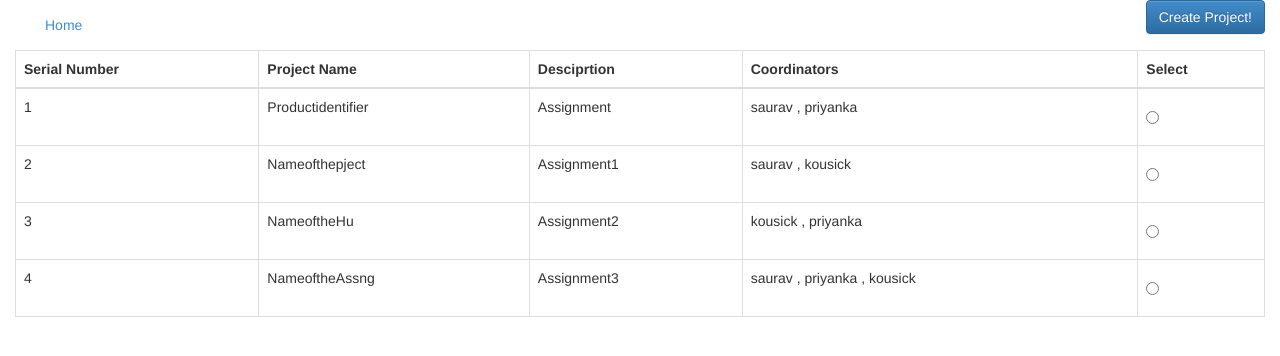
Repository: srvsngh200892/DO-IT-Seed
Page: DOIT/WebContent/app/index.html
An editor plug-in stored every save of this project. The page is shown before and after the next save, followed by the edit.
The browser window is 1280 px wide. The pictures show the whole page.

Above is the page before, as saved 2014-06-30 04:59:29.

### DOIT/WebContent/app/index.html
<!DOCTYPE html>
<!--[if lt IE 7]>      <html lang="en" ng-app="myApp" class="no-js lt-ie9 lt-ie8 lt-ie7"> <![endif]-->
<!--[if IE 7]>         <html lang="en" ng-app="myApp" class="no-js lt-ie9 lt-ie8"> <![endif]-->
<!--[if IE 8]>         <html lang="en" ng-app="myApp" class="no-js lt-ie9"> <![endif]-->
<!--[if gt IE 8]><!--> <html lang="en" ng-app="myApp" class="no-js"> <!--<![endif]-->
<head>
  <meta charset="utf-8">
  <meta http-equiv="X-UA-Compatible" content="IE=edge">
  <title>My AngularJS App</title>
  <meta name="description" content="">
  <meta name="viewport" content="width=device-width, initial-scale=1">
  <link rel="stylesheet" href="bower_components/html5-boilerplate/css/normalize.css">
  <link rel="stylesheet" href="bower_components/html5-boilerplate/css/main.css">
  <link rel="stylesheet" href="bower_components/bootstrap/dist/css/bootstrap.min.css">
  <link rel="stylesheet" href="bower_components/bootstrap/dist/css/bootstrap-theme.min.css">
  <link rel="stylesheet" href="css/app.css"/>
  <link rel="stylesheet" href="css/custom.css"/>
  <script src="bower_components/html5-boilerplate/js/vendor/modernizr-2.6.2.min.js"></script>
</head>
<body ng-app="myApp" class="gray-bg">

  <!--[if lt IE 7]>
      <p class="browsehappy">You are using an <strong>outdated</strong> browser. Please <a href="http://browsehappy.com/">upgrade your browser</a> to improve your experience.</p>
  <![endif]-->

  <!-- <div>Angular seed app: v<span app-version></span></div> -->
  <div ng-view></div>

  <!-- In production use:
  <script src="//ajax.googleapis.com/ajax/libs/angularjs/x.x.x/angular.min.js"></script>
  -->
  <script src="bower_components/angular/angular.js"></script>
  <script src="bower_components/angular-bootstrap/ui-bootstrap.min.js"></script>
  <script src="bower_components/angular-bootstrap/ui-bootstrap-tpls.min.js"></script>
  <script src="bower_components/angular-route/angular-route.js"></script>
  <script src="js/app.js"></script>
  <script src="js/services.js"></script>
  <script src="js/controllers.js"></script>
  <script src="js/filters.js"></script>
  <script src="js/directives.js"></script>

</body>
</html>

### DOIT/WebContent/app/css/custom.css
.borders{border:1px solid black;}
.shift{margin-left:30%;}
h3.liketext { color:#F00; display:inline;


 }
 .gap{margin-top:15px;}

### DOIT/WebContent/app/js/app.js
'use strict';


// Declare app level module which depends on filters, and services
angular.module('myApp', [
  'ngRoute',
  'myApp.filters',
  'myApp.services',
  'myApp.directives',
  'ui.bootstrap',
  'myApp.controllers'
]).
config(['$routeProvider', '$locationProvider', function($routeProvider, $locationProvider) {
  //$locationProvider.html5Mode(true);
  $routeProvider.when('/view1', {
      templateUrl: 'partials/view1.html',
      controller: 'ProjectDetails'
    }).
    when('/view1/:id', {
      templateUrl: 'partials/view2.html',
      controller: 'ProjectList'
    }).
    otherwise({
      redirectTo: '/view1'
    });
}]);

angular.module('myApp').constant('appSettings', {
  AppURI: 'http://127.0.0.1:9080/'
});

### DOIT/WebContent/app/js/services.js
'use strict';

/* Services */


// Demonstrate how to register services
// In this case it is a simple value service.
var module = angular.module('myApp.services', []);

module.service('ProjectsService', function() {
	var projectlist = [ {
        "id": 1,
        "description": "Productidentifier",
        "name": "Assignment",
        "coordinators":['saurav','priyanka']
    },
    {
        "description": "Nameofthepject",
        "id": 2,
        "name": "Assignment1",
       "coordinators":['saurav','kousick']
    },
    {
        "description": "NameoftheHu",
        "id": 3,
        "name": "Assignment2",
     	"coordinators":["kousick","priyanka"]
    },
    {
        "description": "NameoftheAssng",
        "id": 4,
        "name": "Assignment3",
     	"coordinators":['saurav','priyanka','kousick',]
    }];

	// simply returns the contacts list
	this.list = function() {
		return projectlist;
	};
	this.save = function(projectlist) {
//		if (project.id == null) {
			// if this is new project, add it in projects array
		projectlist.id = ++projectlist.length;
			projects.push(projectlist);
//		} else {
//			// for existing project, find this project using id
//			// and update it.
//			for (i in projects) {
//				if (projects[i].id == project.id) {
//					projects[i] = project;
//				}
//			}
//		}
	};
});

### DOIT/WebContent/app/js/controllers.js
'use strict';

/* Controllers */

angular.module('myApp.controllers', [])
  .controller('ProjectDetails', ['$scope','$modal', '$log', function($scope,$modal, $log) {
     $scope.projectlist = [ {
         "id": 1,
         "description": "Productidentifier",
         "name": "Assignment",
         "coordinators":['saurav','priyanka']
     },
     {
         "description": "Nameofthepject",
         "id": 2,
         "name": "Assignment1",
        "coordinators":['saurav','kousick']
     },
     {
         "description": "NameoftheHu",
         "id": 3,
         "name": "Assignment2",
      	"coordinators":["kousick","priyanka"]
     },
     {
         "description": "NameoftheAssng",
         "id": 4,
         "name": "Assignment3",
      	"coordinators":['saurav','priyanka','kousick',]
     }];



                    $scope.open = function (size) {

                      var modalInstance = $modal.open({
                        templateUrl: 'myModalContent.html',
                        controller: ModalInstanceCtrl,
                        size: size,
                        resolve: {
                        	projectlist: function () {
                            return $scope.projectlist;
                          }
                        }
                      });

                      modalInstance.result.then(function (selectedItem) {
                        $scope.selected = selectedItem;
                      }, function () {
                        $log.info('Modal dismissed at: ' + new Date());
                      });
                    };


                  // Please note that $modalInstance represents a modal window (instance) dependency.
                  // It is not the same as the $modal service used above.

                  var ModalInstanceCtrl = function ($scope, $modalInstance, projectlist) {
                    $scope.projectlist = projectlist;
                    $scope.newproject = {}
                    $scope.ok = function () {

                    	var ids =projectlist.length + 1;
                    	$scope.projectlist.push({name:$scope.newproject.name,coordinators:[$scope.newproject.coordinators],description:$scope.newproject.description,id:ids});

                      console.log($scope.newproject.name, "$scope.newproject.name");

                      console.log($scope);
                      $modalInstance.close($scope.newproject.name);
                    };

                    $scope.cancel = function () {
                      $modalInstance.dismiss('cancel');
                    };};






  }])
  .controller('ProjectList', ['$scope', '$routeParams','$modal', '$log',
                              function($scope, $routeParams,$modal, $log)  {
    $scope.message = "Hello This message is from View 2";
    $scope.closedate = function ()
    {
        $scope.date = new Date();
    };



    $scope.projectlist1 = [
                          {
                              "id": 1,
                              "status_task":[
                               {"description": "Productidentifier",
                            	  "status":"/img/complete.png",
                            	  "priority": "Showstopper",
                            	  "assign_to":"saurav",
                            	  "des":"sdsadcadsdsadsa","due_date":"20/5/2014",
                                  "created_date":"20/5/2014"},
                                  {"description": "Productidentifier",
                                	  "status":"/img/pending.jpg",
                                	  "priority": "High",
                                	  "des":"vdjajdsajhsjssajcvshacvcbsajbcascbdsa",
                                	  "due_date":"20/5/2014",
                                      "created_date":"20/5/2014","assign_to":"saurav"}],

                              "coordinators":[{"name":"priyanka","role":"Developer","img_url":"/img/priyanka.jpg"},
                                              {"name":"saurav","role":"Developer","img_url":"/img/boy.jpg"}],


                          },
                          {

                              "id": 2,
                              "status_task":[
                                  {"description": "Nameoftheprject",
                            	  "status":"/img/pending.jpg",
                            	  "due_date":"20/5/2014",
                                  "created_date":"20/5/2014",
                                  "priority": "Showstopper",
                                  "des":"sdsadsadcnskcnsakcnsakcsaakc",
                                  "assign_to":"saurav"},


                                  {"status":"/img/complete.png",
                                	  "priority": "Medium",
                                	  "des":"streteFBskncsakacnSJXSXdsadsa",
                                	  "due_date":"20/5/2014",
                                      "created_date":"20/5/2014",
                                      "description": "Nameofthepject","assign_to":"kosick"}],
                                       "coordinators":[{"name":"kousick","role":"Developer","img_url":"/img/boy.jpg"},
                                                      {"name":"saurav","role":"Developer","img_url":"/img/boy.jpg"}] ,


                          },
                          {

                              "id": 3,
                              "status_task":[{"description": "NameoftheHU",
                            	  "status":"/img/complete.png",
                            	  "priority": "Medium",
                            	  "assign_to":"priyanka",
                            	  "des":"sdsadsadckncksncskansaakcnsaaksdsadsa",
                            	  "due_date":"20/5/2014",
                                  "created_date":"20/5/2014"},
                                  {"description": "NameoftheHU",
                                	  "status":"/img/pending.jpg",
                                	  "des":"vcsjbxsajbxjsabxjsxbxsjxsjxbsjbxsdsadsa",
                                	  "due_date":"20/5/2014",
                                      "created_date":"20/5/2014",
                                      "assign_to":"kosick",
                                      "priority": "High"}],
                           	"coordinators":[{"name":"kousick","role":"Developer","img_url":"/img/boy.jpg"},{"name":"priyanka","role":"Developer","img_url":"/img/priyanka.jpg"}],

                          },
                          {

                              "id": 4,
                              "status_task":[
                                   {"description": "NameoftheAssng",
                            	  "status":"/img/pending.jpg",
                            	  "priority": "Showstopper",
                            	  "des":"sdsadncskcnskcsakcnascksacnsaksadsdsadsa",
                            	  "due_date":"20/5/2014",
                                  "created_date":"20/5/2014",
                                  "assign_to":"priyanka"},
                                  {"description": "NameofAssn",
                                	  "status":"/img/pending.jpg",
                                	  "des":"sajcbsajcbsajcbsajsajcbsaajcbsawesadsa",
                                	  "due_date":"20/5/2014",
                                      "created_date":"20/5/2014",
                                      "assign_to":"kosick",
                                      "priority": "Medium"}],
                           	"coordinators":[{"name":"kousick","role":"Developer","img_url":"/img/boy.jpg"},{"name":"priyanka","role":"Developer","img_url":"/img/priyanka.jpg"},{"name":"saurav","role":"Developer","img_url":"/img/boy.jpg"}],
                           	"due_date":"20/5/2014",


                          }
                      ];


    $scope.open = function (size) {

        var modalInstance = $modal.open({
          templateUrl: 'myModalContent.html',
          controller: ModalInstanceCtrl,
          size: size,
          resolve: {
          	projectlist1: function () {
              return $scope.projectlist1;
            }
          }
        });

        modalInstance.result.then(function ( projectlist1) {

          $scope.projectlist1 = projectlist1;
        }, function () {

        	$scope.projectlist1.push({name:$scope.newproject.name,role:$scope.newproject.role});

          console.log($scope.newproject.name, "$scope.newproject1.name");

          console.log($scope);
          $modalInstance.close($scope.newproject.name);

          $log.info('Modal dismissed at: ' + new Date());
        });
      };


    // Please note that $modalInstance represents a modal window (instance) dependency.
    // It is not the same as the $modal service used above.

    var ModalInstanceCtrl = function ($scope, $modalInstance, projectlist1) {
      $scope.projectlist1 = projectlist1;
      $scope.newproject = {}
      $scope.ok = function () {


        console.log($scope.newproject.name, "$scope.newproject.name");

        console.log($scope);
        $modalInstance.close($scope.newproject.name);
      };

      $scope.cancel = function () {
        $modalInstance.dismiss('cancel');
      };};




    for(var i = 0; i <  $scope.projectlist1.length; i++) {
        if($routeParams.id ==  $scope.projectlist1[i].id)
        	{
        $scope.projectdetails= $scope.projectlist1[i];


        	}
    }

    }]);

### DOIT/WebContent/app/partials/view1.html

<div class="container-fluid">
<div class="collapse navbar-collapse" id="navbar">
        <ul class="nav navbar-nav">
          <li class="active"><a href="#">Home</a></li>
        </ul>
        <ul class="nav navbar-nav navbar-right">
          <li><button class="btn btn-primary" ng-click="open()">Create Project!</button></li>


        </ul>
      </div>
  <!--  <form ng-submit="addMovie();">
 <input type="text" ng-model="name" size="30" placeholder="Which movie you want to watch" /><br />
<input type="text" ng-model="id" size="30" placeholder="Which movie you want to watch" /><br />
<input type="text" ng-model="des" size="30" placeholder="Which movie you want to watch" /><br />
<input type="text" ng-model="co" size="30" placeholder="Which movie you want to watch" /><br />

</form>-->
	<div class="row">




    <div ng-controller="ProjectDetails">
    <script type="text/ng-template" id="myModalContent.html">
        <div class="modal-header">
            <h3 class="modal-title">Create New Project!</h3>
        </div>
        <div class="modal-body">
        <label class="col-md-12"> Project Name*</label>
			<div class="col-md-9" id="name">
				<input type="text" class="form-control" id="name"
					placeholder=" Project Name" required="required" ng-model="newproject.name" />
			</div>

			<label class="col-md-12 ">Description</label>
			<div class="col-md-9">
				<input type="text" class="form-control" id="desc"
					placeholder="Enter Description" multiple="multiple" ng-model="newproject.description" />
			</div>

			<label class="col-md-12">add collaborators*</label>
			<div class="col-md-9">
				<input type="text" class="form-control" name="contact"
					placeholder=" collaborators" ng-model="newproject.coordinators"/>
			</div>
 <button class="btn btn-primary" ng-click="ok()">OK</button>
            <button class="btn btn-warning" ng-click="cancel()">Cancel</button>
        </div>
        <div class="modal-footer">

        </div>
</div>
    </script>



</div>

				</div>
			</div>
			<div>


		<div class="col-md-12">

			<table class="table table-bordered table-hover">
				<thead>
					<tr>
						<th>Serial Number</th>
						<th>Project Name</th>
						<th>Desciprtion</th>
						<th>Coordinators</th>
						<th>Select</th>
					</tr>
				</thead>
				<tbody>
					<tr ng-repeat="project in projectlist">
						<td>{{project.id}}</td>
						<td>{{project.description}}</td>
						<td>{{project.name}}</td>
						<td><span ng-repeat="coordinator in project.coordinators">
								{{coordinator}} <span ng-show="!$last">, </span>
						</span></td>
						<td><div class="radio">
								<label> <a href="#/view1/{{project.id}}"> <input
										type="radio" name="optionsRadios"></a>
								</label>
							</div></td>
					</tr>
				</tbody>
			</table>
		</div>

	</div>
</div>

Loaded but not shown: DOIT/WebContent/app/bower_components/html5-boilerplate/css/normalize.css (library); DOIT/WebContent/app/bower_components/html5-boilerplate/css/main.css (library); DOIT/WebContent/app/bower_components/bootstrap/dist/css/bootstrap.min.css (library); DOIT/WebContent/app/bower_components/bootstrap/dist/css/bootstrap-theme.min.css (library); DOIT/WebContent/app/css/app.css (common file); DOIT/WebContent/app/bower_components/html5-boilerplate/js/vendor/modernizr-2.6.2.min.js (library); DOIT/WebContent/app/bower_components/angular/angular.js (library); DOIT/WebContent/app/bower_components/angular-bootstrap/ui-bootstrap.min.js (library); DOIT/WebContent/app/bower_components/angular-bootstrap/ui-bootstrap-tpls.min.js (library); DOIT/WebContent/app/bower_components/angular-route/angular-route.js (library); DOIT/WebContent/app/js/filters.js (common file); DOIT/WebContent/app/js/directives.js (common file)

After the next save:
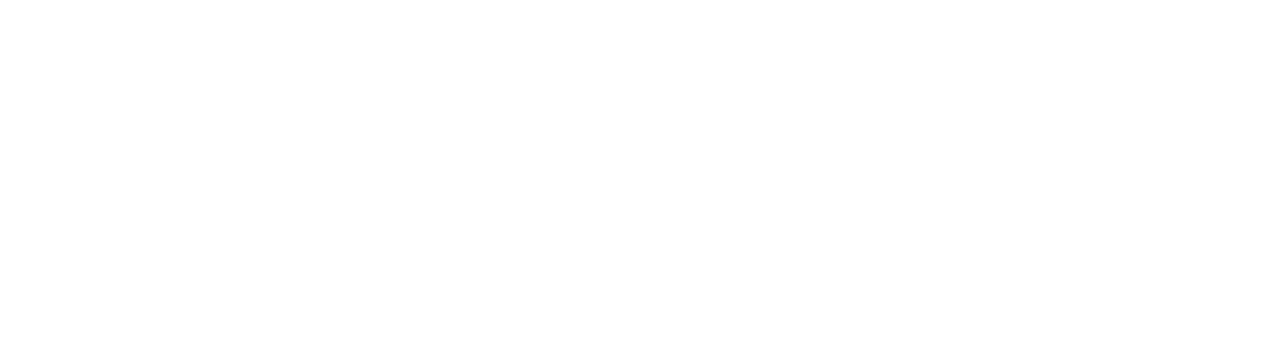
Console error: SyntaxError: Unexpected token '{'
Saved 24 s later.
--- a/DOIT/WebContent/app/js/controllers.js
+++ b/DOIT/WebContent/app/js/controllers.js
@@ -199,7 +199,7 @@
           $scope.projectlist1 = projectlist1;
         }, function () {
 
-        	$scope.projectlist1.push({name:$scope.newproject.name,role:$scope.newproject.role});
+        	$scope.projectlist1.push({coordinators{name:$scope.newproject.name,role:$scope.newproject.role}});
 
           console.log($scope.newproject.name, "$scope.newproject1.name");
 

After the save that followed:
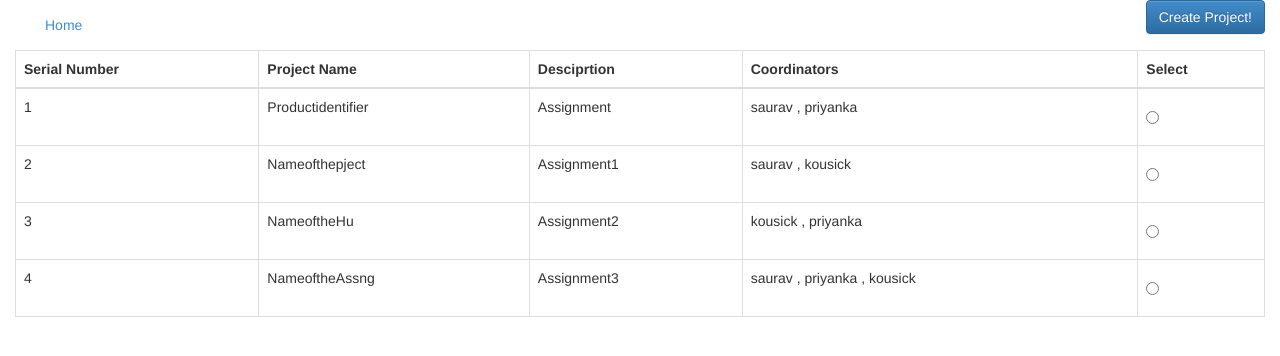
The error is gone.
Saved 6 s later.
--- a/DOIT/WebContent/app/js/controllers.js
+++ b/DOIT/WebContent/app/js/controllers.js
@@ -199,7 +199,7 @@
           $scope.projectlist1 = projectlist1;
         }, function () {
 
-        	$scope.projectlist1.push({coordinators{name:$scope.newproject.name,role:$scope.newproject.role}});
+        	$scope.projectlist1.push({coordinators:{name:$scope.newproject.name,role:$scope.newproject.role}});
 
           console.log($scope.newproject.name, "$scope.newproject1.name");
 
